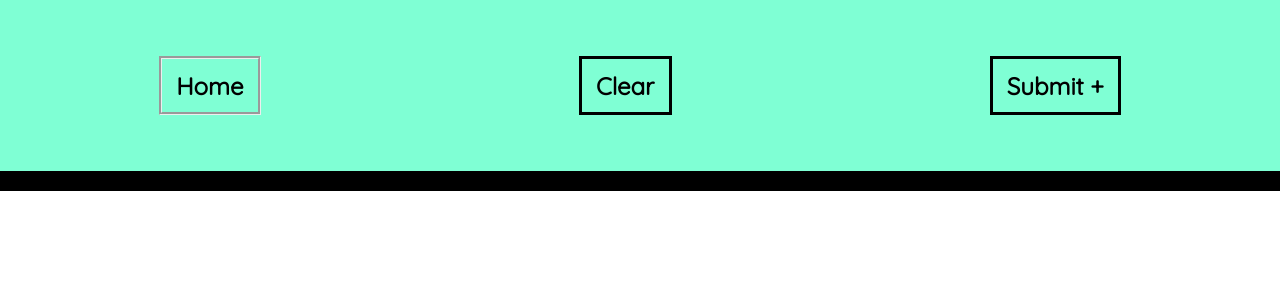
Repository: rickypcyt/WebMural
Page: /
The author's editor kept a copy of each file at every save. The page is drawn from the files as they stood at one save, then again after a run of saves.
The browser window is 1280 px wide. The pictures show the whole page.
The pointer rests on the first visible `.oli`.
The project was rebuilt for these pictures with package versions that can differ from the ones it lists, and the page was loaded fresh each time.

Above is the page before, as saved 2022-09-12 13:31:03.

After the next 3 saves:
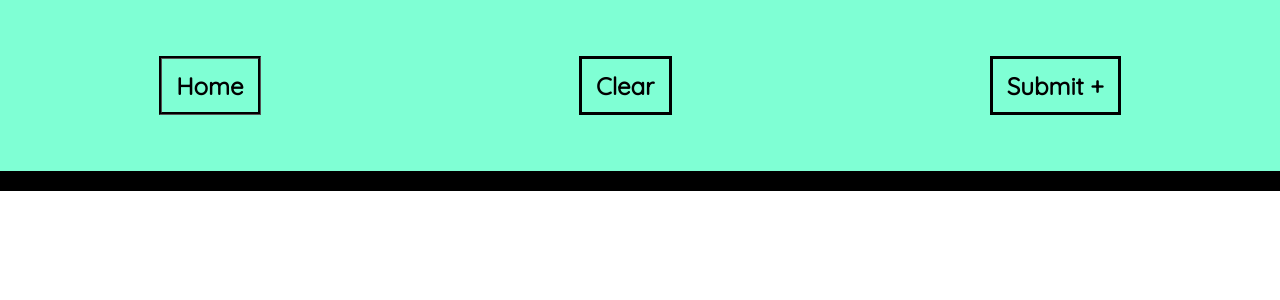
The 3 saves are shown as one change because they came seconds apart.
The last was saved 7 s later.
--- a/src/index.css
+++ b/src/index.css
@@ -71,7 +71,7 @@ ol {
 .oli:hover {
   color: black;
   border-style: groove;
-  b
+  border-color: black;
 }
 .page {
   padding-top: 2%;
